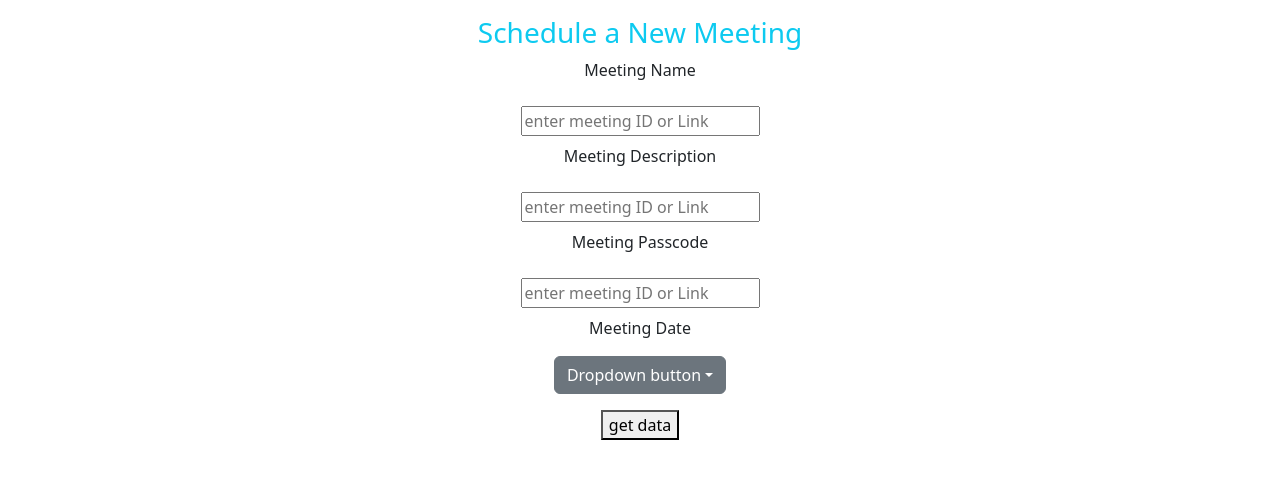
Repository: sreech465/myexam
Page: /smeet
An editor plug-in stored every save of this project. The page is shown before and after the next save, followed by the edit.
The browser window is 1280 px wide. The pictures show the whole page.
The project was rebuilt for these pictures with package versions that can differ from the ones it lists, and the page was loaded fresh each time. Also part of the build but not shown: src/Details.js, src/Jmeet.js, src/Joinmeet.js.

Above is the page before, as saved 2023-01-14 16:35:37.

After the next save:
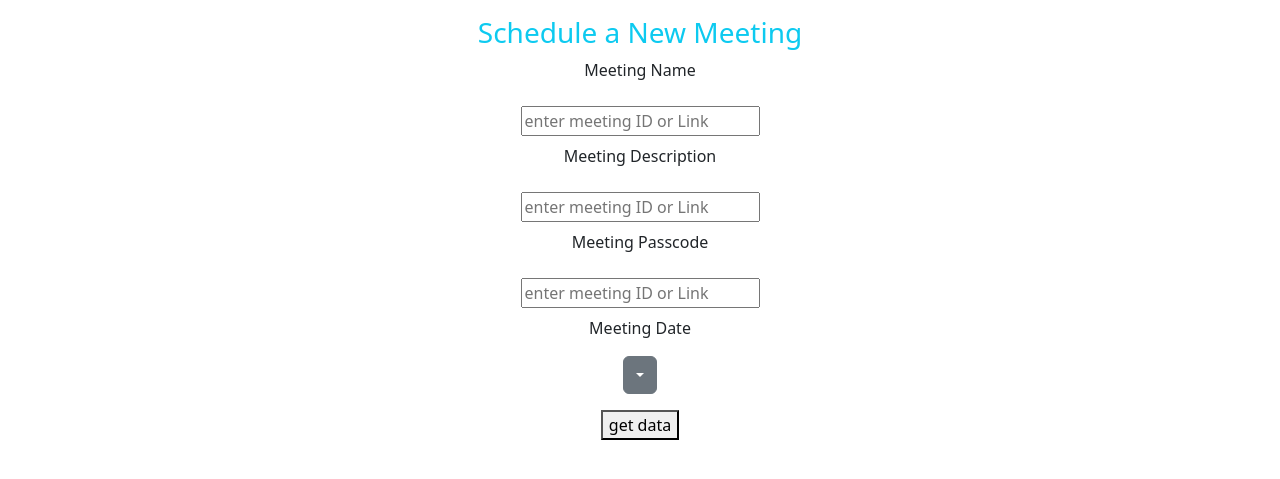
Saved 50 s later.
--- a/src/Smeet.js
+++ b/src/Smeet.js
@@ -71,18 +71,16 @@ const Smeet = () => {
             data-toggle="dropdown"
             aria-haspopup="true"
             aria-expanded="false"
-          >
-            Dropdown button
-          </button>
+          ></button>
           <div class="dropdown-menu" aria-labelledby="dropdownMenuButton">
             <a class="dropdown-item" href="#">
-              Action
+              1
             </a>
             <a class="dropdown-item" href="#">
-              Another action
+              2
             </a>
             <a class="dropdown-item" href="#">
-              Something else here
+              3
             </a>
           </div>
         </div>
